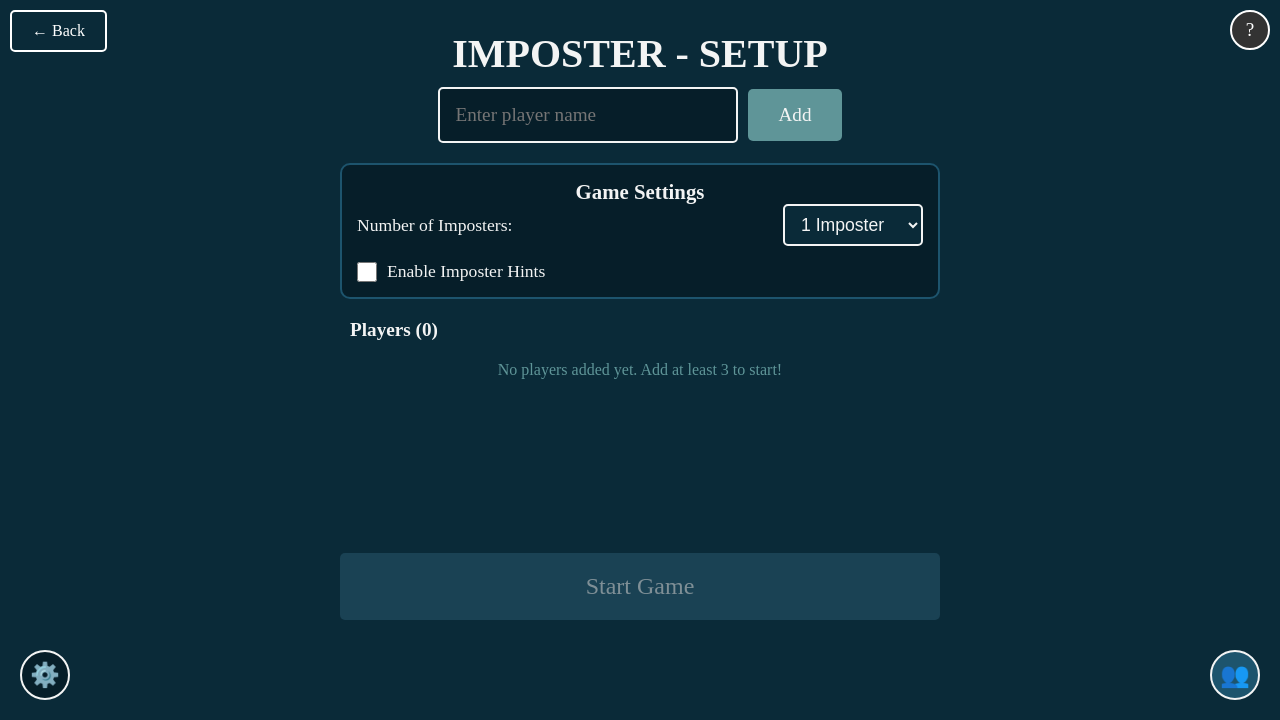
Repository: nfemmanuel/game-night-app
Page: /imposter-setup
An editor plug-in stored every save of this project. The page is shown before and after a run of saves, followed by the edit.
The browser window is 1280 px wide. The pictures show the whole page.
Some web fonts or font styles are not loaded; a fallback is used. The project was rebuilt for these pictures with package versions that can differ from the ones it lists, and the page was loaded fresh each time. Also part of the build but not shown: src/components/GameCard.module.css, src/components/GameCard.jsx, src/components/ModeSelector.jsx, src/utils/StorageManager.js, src/pages/LandingPage.jsx, src/data/wordList.js, src/pages/imposter/ImposterReveal.jsx, src/pages/imposter/ImposterVoting.jsx and 15 more.

Above is the page before, as saved 2026-01-12 12:37:13.

### public/index.html
<!DOCTYPE html>
<html lang="en">

<head>
  <meta charset="utf-8" />
  <link rel="icon" href="%PUBLIC_URL%/favicon.ico" />
  <meta name="viewport" content="width=device-width, initial-scale=1, maximum-scale=1, user-scalable=no" />
  <meta name="theme-color" content="#000000" />
  <meta name="description" content="Game Night - Party Games" />
  <link rel="apple-touch-icon" href="%PUBLIC_URL%/logo192.png" />
  <link rel="manifest" href="%PUBLIC_URL%/manifest.json" />

  <!-- Google Fonts -->
  <link rel="preconnect" href="https://fonts.googleapis.com">
  <link rel="preconnect" href="https://fonts.gstatic.com" crossorigin>
  <link href="https://fonts.googleapis.com/css2?family=Love+Ya+Like+A+Sister&family=Piedra&display=swap"
    rel="stylesheet">

  <title>Game Night</title>
</head>

<body>
  <noscript>You need to enable JavaScript to run this app.</noscript>
  <div id="root"></div>
</body>

</html>

### src/styles/global.css
/* Import Google Fonts */
@import url('https://fonts.googleapis.com/css2?family=Love+Ya+Like+A+Sister&family=Piedra&display=swap');

* {
    margin: 0;
    padding: 0;
    box-sizing: border-box;
}

body {
    font-family: 'Love Ya Like A Sister', cursive;
    -webkit-font-smoothing: antialiased;
    -moz-osx-font-smoothing: grayscale;
    color: white;
    overflow-x: hidden;
}

h1,
h2,
h3,
h4,
h5,
h6,
.page-title {
    font-family: 'Piedra', cursive;
}

button {
    font-family: 'Love Ya Like A Sister', cursive;
    border: none;
    border-radius: 5px;
    cursor: pointer;
}

input,
textarea {
    font-family: 'Love Ya Like A Sister', cursive;
}

.page-title {
    font-size: 2.5rem;
}

/* Mobile optimizations */
@media (max-width: 768px) {
    .page-title {
        font-size: 2rem !important;
    }
}

@media (max-width: 480px) {
    .page-title {
        font-size: 1.5rem !important;
    }
}

/* Slide animations for page transitions */
@keyframes slide-in-left {
    from {
        transform: translateX(100%);
        opacity: 0;
    }

    to {
        transform: translateX(0);
        opacity: 1;
    }
}

@keyframes slide-in-right {
    from {
        transform: translateX(-100%);
        opacity: 0;
    }

    to {
        transform: translateX(0);
        opacity: 1;
    }
}

@keyframes slideInLeft {
    from {
        transform: translateX(-100%);
    }

    to {
        transform: translateX(0);
    }
}

### src/contexts/ThemeContext.jsx
import { createContext, useContext, useState } from 'react';

const themes = {
  dark: {
    // Your palette
    primary: '#061E29',
    secondary: '#1D546D',
    tertiary: '#5F9598',
    light: '#F3F4F4',

    // Backgrounds
    bgDark: '#061E29',
    bgMedium: '#0A2A38',
    bgLight: '#1D546D',

    // Text
    textPrimary: '#F3F4F4',
    textSecondary: '#5F9598',
    textDisabled: '#2A5A70',

    // Accents
    accent: '#5F9598',
    accentHover: '#7AB5B8',

    // Semantic
    success: '#5F9598',
    danger: '#D96459',
    warning: '#E8A87C',

    // Card colors (alternating)
    cardColor1: '#5F9598',
    cardColor2: '#1D546D'
  },

  light: {
    primary: '#F3F4F4',
    secondary: '#E8EEF0',
    tertiary: '#5F9598',
    dark: '#061E29',

    bgDark: '#FFFFFF',
    bgMedium: '#F3F4F4',
    bgLight: '#E8EEF0',

    textPrimary: '#061E29',
    textSecondary: '#1D546D',
    textDisabled: '#B0C4C8',

    accent: '#1D546D',
    accentHover: '#2A6B8A',

    success: '#5F9598',
    danger: '#D96459',
    warning: '#E8A87C',

    cardColor1: '#1D546D',
    cardColor2: '#5F9598'
  }
};

const ThemeContext = createContext();

export function ThemeProvider({ children }) {
  const [currentTheme, setCurrentTheme] = useState('dark');

  const theme = themes[currentTheme];

  const toggleTheme = () => {
    setCurrentTheme(prev => prev === 'dark' ? 'light' : 'dark');
  };

  return (
    <ThemeContext.Provider value={{ theme, currentTheme, toggleTheme, themes }}>
      {children}
    </ThemeContext.Provider>
  );
}

export function useTheme() {
  const context = useContext(ThemeContext);
  if (!context) {
    throw new Error('useTheme must be used within ThemeProvider');
  }
  return context;
}

### src/pages/imposter/ImposterSetup.jsx
import { useState } from 'react';
import BackButton from '../../components/BackButton';
import HelpButton from '../../components/HelpButton';
import { useNavigate, useLocation } from 'react-router-dom';
import { DndContext, closestCenter, PointerSensor, TouchSensor, useSensor, useSensors } from '@dnd-kit/core';
import { arrayMove, SortableContext, verticalListSortingStrategy, useSortable } from '@dnd-kit/sortable';
import { CSS } from '@dnd-kit/utilities';
import SettingsButton from '../../components/SettingsButton';
import SocialButton from '../../components/SocialButton';
import { useTheme } from '../../contexts/ThemeContext';

// Sortable Item Component
function SortablePlayer({ id, player, index, onRemove, theme }) {
    const {
        attributes,
        listeners,
        setNodeRef,
        transform,
        transition,
        isDragging
    } = useSortable({ id: id });

    const style = {
        transform: CSS.Transform.toString(transform),
        transition,
        fontSize: '1.3rem',
        margin: '15px 0',
        display: 'flex',
        alignItems: 'center',
        justifyContent: 'space-between',
        backgroundColor: isDragging ? theme.bgLight : theme.bgDark,
        padding: '10px 20px',
        borderRadius: '10px',
        userSelect: 'none',
        opacity: isDragging ? 0.5 : 1,
        border: `2px solid ${theme.secondary}`
    };

    return (
        <li ref={setNodeRef} style={style}>
            <span
                {...attributes}
                {...listeners}
                style={{
                    color: theme.textPrimary,
                    flex: 1,
                    cursor: 'grab',
                    display: 'flex',
                    alignItems: 'center'
                }}
            >
                <span style={{ marginRight: '10px', color: theme.textSecondary }}>☰</span>
                {index + 1}. {player}
            </span>
            <button
                onClick={(e) => {
                    e.preventDefault();
                    e.stopPropagation();
                    onRemove();
                }}
                onPointerDown={(e) => {
                    e.stopPropagation();
                }}
                onTouchStart={(e) => {
                    e.stopPropagation();
                }}
                style={{
                    padding: '5px 15px',
                    backgroundColor: theme.danger,
                    color: theme.textPrimary,
                    cursor: 'pointer',
                    border: 'none',
                    borderRadius: '5px',
                    flexShrink: 0
                }}
            >
                ✕
            </button>
        </li>
    );
}

function ImposterSetup() {
    const navigate = useNavigate();
    const location = useLocation();
    const { theme } = useTheme();

    const [playerName, setPlayerName] = useState('');
    const [players, setPlayers] = useState(location.state?.players || []);
    const [numImposters, setNumImposters] = useState(1); // NEW: Number of imposters
    const [hintsEnabled, setHintsEnabled] = useState(false); // NEW: Hints toggle

    const isMobile = window.innerWidth <= 768;

    // Add sensors for both mouse and touch
    const sensors = useSensors(
        useSensor(PointerSensor, {
            activationConstraint: {
                distance: 8,
            },
        }),
        useSensor(TouchSensor, {
            activationConstraint: {
                delay: 200,
                tolerance: 5,
            },
        })
    );

    const addPlayer = () => {
        if (playerName.trim()) {
            setPlayers([...players, playerName.trim()]);
            setPlayerName('');
        }
    };

    const removePlayer = (indexToRemove) => {
        setPlayers(players.filter((_, index) => index !== indexToRemove));
    };

    const resetPlayers = () => {
        setPlayers([]);
    };

    const handleKeyPress = (e) => {
        if (e.key === 'Enter') {
            addPlayer();
        }
    };

    const handleDragEnd = (event) => {
        const { active, over } = event;

        if (active && over && active.id !== over.id) {
            setPlayers((items) => {
                const oldIndex = parseInt(active.id);
                const newIndex = parseInt(over.id);
                return arrayMove(items, oldIndex, newIndex);
            });
        }
    };

    const startGame = () => {
        navigate('/imposter-reveal', {
            state: {
                players,
                numImposters, // Pass number of imposters
                hintsEnabled  // Pass hints setting
            }
        });
    };

    // Determine minimum players based on imposters
    const minPlayers = numImposters + 2; // At least 2 more than imposters

    return (
        <div style={{
            padding: '20px',
            minHeight: '100vh',
            display: 'flex',
            flexDirection: 'column',
            boxSizing: 'border-box',
            backgroundColor: theme.bgMedium,
            color: theme.textPrimary
        }}>
            <BackButton to="/" />
            <HelpButton helpText="Add at least 3 players, then start the game. Select how many imposters and whether to enable hints!" />

            {/* SECTION 1: Title */}
            <div style={{
                textAlign: 'center',
                paddingBottom: '10px',
                flexShrink: 0,
                marginTop: isMobile ? '50px' : '10px'
            }}>
                <h1 className="page-title">IMPOSTER - SETUP</h1>
            </div>

            {/* SECTION 2: Input Section */}
            <div style={{
                textAlign: 'center',
                paddingBottom: '20px',
                flexShrink: 0
            }}>
                <div style={{ display: 'flex', justifyContent: 'center', alignItems: 'center', flexWrap: 'wrap', gap: '10px' }}>
                    <input
                        type="text"
                        value={playerName}
                        onChange={(e) => setPlayerName(e.target.value)}
                        onKeyPress={handleKeyPress}
                        placeholder="Enter player name"
                        style={{
                            padding: isMobile ? '12px' : '15px',
                            fontSize: isMobile ? '1rem' : '1.2rem',
                            borderRadius: '5px',
                            border: `2px solid ${theme.light}`,
                            width: isMobile ? 'calc(100% - 20px)' : '300px',
                            maxWidth: isMobile ? '300px' : '300px',
                            fontFamily: 'inherit',
                            backgroundColor: theme.bgDark,
                            color: theme.textPrimary,
                        }}
                    />
                    <button
                        onClick={addPlayer}
                        style={{
                            padding: isMobile ? '12px 24px' : '15px 30px',
                            fontSize: isMobile ? '1rem' : '1.2rem',
                            backgroundColor: theme.accent,
                            color: theme.textPrimary,
                            width: isMobile ? 'calc(100% - 20px)' : 'auto',
                            maxWidth: isMobile ? '300px' : 'none'
                        }}
                    >
                        Add
                    </button>
                </div>

                {/* NEW: Game Settings */}
                <div style={{
                    maxWidth: '600px',
                    margin: '20px auto',
                    padding: '15px',
                    backgroundColor: theme.bgDark,
                    borderRadius: '10px',
                    border: `2px solid ${theme.secondary}`
                }}>
                    <h3 style={{ marginTop: 0, color: theme.textPrimary, fontSize: isMobile ? '1.1rem' : '1.3rem' }}>
                        Game Settings
                    </h3>

                    {/* Number of Imposters */}
                    <div style={{ marginBottom: '15px' }}>
                        <label style={{
                            display: 'flex',
                            alignItems: 'center',
                            justifyContent: 'space-between',
                            gap: '10px',
                            fontSize: isMobile ? '1rem' : '1.1rem'
                        }}>
                            <span>Number of Imposters:</span>
                            <select
                                value={numImposters}
                                onChange={(e) => setNumImposters(parseInt(e.target.value))}
                                style={{

                                    padding: '8px 12px',
                                    fontSize: isMobile ? '1rem' : '1.1rem',
                                    borderRadius: '5px',
                                    border: `2px solid ${theme.light}`,
                                    backgroundColor: theme.bgMedium,
                                    color: theme.textPrimary,
                                    cursor: 'pointer'
                                }}
                            >
                                <option value={1}>1 Imposter</option>
                                <option value={2}>2 Imposters</option>
                                <option value={3}>3 Imposters</option>
                            </select>
                        </label>
                    </div>

                    {/* Hints Toggle */}
                    <div>
                        <label style={{
                            display: 'flex',
                            alignItems: 'center',
                            gap: '10px',
                            fontSize: isMobile ? '1rem' : '1.1rem',
                            cursor: 'pointer'
                        }}>
                            <input
                                type="checkbox"
                                checked={hintsEnabled}
                                onChange={(e) => setHintsEnabled(e.target.checked)}
                                style={{
                                    width: '20px',
                                    height: '20px',
                                    cursor: 'pointer'
                                }}
                            />
                            <span>Enable Imposter Hints</span>
                        </label>
                        {hintsEnabled && (
                            <p style={{
                                fontSize: isMobile ? '0.85rem' : '0.95rem',
                                color: theme.textSecondary,
                                marginTop: '5px',
                                marginLeft: '30px'
                            }}>
                                Each imposter will get a unique hint word
                            </p>
                        )}
                    </div>
                </div>

                <div style={{
                    display: 'flex',
                    justifyContent: 'space-between',
                    alignItems: 'center',
                    marginTop: '20px',
                    maxWidth: '600px',
                    margin: '20px auto 0',
                    padding: '0 10px'
                }}>
                    <div style={{ fontSize: isMobile ? '1rem' : '1.2rem', fontWeight: 'bold', color: theme.textPrimary }}>
                        Players ({players.length})
                    </div>
                    {players.length > 0 && (
                        <button
                            onClick={resetPlayers}
                            style={{
                                padding: '10px 20px',
                                fontSize: isMobile ? '0.9rem' : '1rem',
                                backgroundColor: theme.danger,
                                color: theme.textPrimary,
                                cursor: 'pointer'
                            }}
                        >
                            Reset All
                        </button>
                    )}
                </div>
            </div>

            {/* SECTION 3: Player List (Scrollable) + Start Button */}
            <div style={{
                flex: 1,
                display: 'flex',
                flexDirection: 'column',
                minHeight: 0,
                maxWidth: '600px',
                margin: '0 auto',
                width: '100%'
            }}>
                {/* Scrollable Player List */}
                <div style={{
                    flex: 1,
                    overflowY: 'auto',
                    marginBottom: '20px',
                    minHeight: 0
                }}>
                    {players.length === 0 ? (
                        <p style={{ color: theme.textSecondary, textAlign: 'center', padding: '0 20px' }}>
                            No players added yet. Add at least {minPlayers} to start!
                        </p>
                    ) : (
                        <DndContext
                            sensors={sensors}
                            collisionDetection={closestCenter}
                            onDragEnd={handleDragEnd}
                        >
                            <SortableContext items={players.map((_, i) => i.toString())} strategy={verticalListSortingStrategy}>
                                <ul style={{ listStyle: 'none', padding: 0, margin: 0 }}>
                                    {players.map((player, index) => (
                                        <SortablePlayer
                                            key={index}
                                            id={index.toString()}
                                            player={player}
                                            index={index}
                                            onRemove={() => removePlayer(index)}
                                            theme={theme}
                                        />
                                    ))}
                                </ul>
                            </SortableContext>
                        </DndContext>
                    )}
                </div>

                {/* Fixed Start Button */}
                <footer style={{ flexShrink: 0, marginBottom: '80px' }}>
                    <button
                        onClick={startGame}
                        disabled={players.length < minPlayers}
                        style={{
                            padding: isMobile ? '15px 30px' : '20px 40px',
                            fontSize: isMobile ? '1.2rem' : '1.5rem',
                            backgroundColor: players.length >= minPlayers ? theme.success : theme.textDisabled,
                            color: theme.textPrimary,
                            cursor: players.length >= minPlayers ? 'pointer' : 'not-allowed',
                            opacity: players.length >= minPlayers ? 1 : 0.5,
                            width: '100%',
                            alignItems: 'center',
                            justifyContent: 'center'
                        }}
                    >
                        Start Game
                    </button>
                    {players.length < minPlayers && players.length > 0 && (
                        <p style={{
                            textAlign: 'center',
                            color: theme.textSecondary,
                            marginTop: '10px',
                            fontSize: isMobile ? '0.9rem' : '1rem'
                        }}>
                            Need at least {minPlayers} players for {numImposters} imposter{numImposters > 1 ? 's' : ''}
                        </p>
                    )}
                </footer>
            </div>
            {/* Settings Button */}
            <SettingsButton />
            <SocialButton />
        </div>
    );
}

export default ImposterSetup;

### src/components/BackButton.jsx
import { useNavigate, useLocation } from 'react-router-dom';

function BackButton({ to, preserveState = false }) {
    const navigate = useNavigate();
    const location = useLocation();

    const handleBack = () => {
        if (preserveState && location.state) {
            navigate(to, { state: location.state });
        } else {
            navigate(to);
        }
    };

    return (
        <button
            onClick={handleBack}
            style={{
                position: 'fixed',
                top: '10px',
                left: '10px',
                padding: '10px 20px',
                fontSize: '1rem',
                backgroundColor: 'transparent',
                border: '2px solid white',
                color: 'white',
                cursor: 'pointer',
                zIndex: 1000,
                borderRadius: '5px'
            }}
        >
            ← Back
        </button>
    );
}

export default BackButton;

### src/components/HelpButton.jsx
import { useState } from 'react';

function HelpButton({ helpText }) {
    const [showHelp, setShowHelp] = useState(false);

    return (
        <div style={{ position: 'fixed', top: '10px', right: '10px', zIndex: 1000 }}>
            <button
                onMouseEnter={() => setShowHelp(true)}
                onMouseLeave={() => setShowHelp(false)}
                onClick={() => setShowHelp(!showHelp)}
                style={{
                    width: '40px',
                    height: '40px',
                    borderRadius: '50%',
                    backgroundColor: '#333',
                    border: '2px solid white',
                    color: 'white',
                    fontSize: '1.2rem',
                    cursor: 'pointer',
                    display: 'flex',
                    alignItems: 'center',
                    justifyContent: 'center'
                }}
            >
                ?
            </button>

            {showHelp && helpText && (
                <div style={{
                    position: 'absolute',
                    top: '50px',
                    right: '0',
                    backgroundColor: '#333',
                    color: 'white',
                    padding: '15px',
                    borderRadius: '10px',
                    maxWidth: '250px',
                    boxShadow: '0 4px 10px rgba(0,0,0,0.5)',
                    fontSize: '0.9rem',
                    border: '1px solid #555',
                    zIndex: 1001
                }}>
                    {helpText}
                </div>
            )}
        </div>
    );
}

export default HelpButton;

Loaded but not shown: src/App.js (41 lines, source omitted); src/index.js (14 lines, source omitted); src/components/SocialButton.jsx (193 lines, source omitted); src/components/SettingsButton.jsx (176 lines, source omitted)

After the next 2 saves:
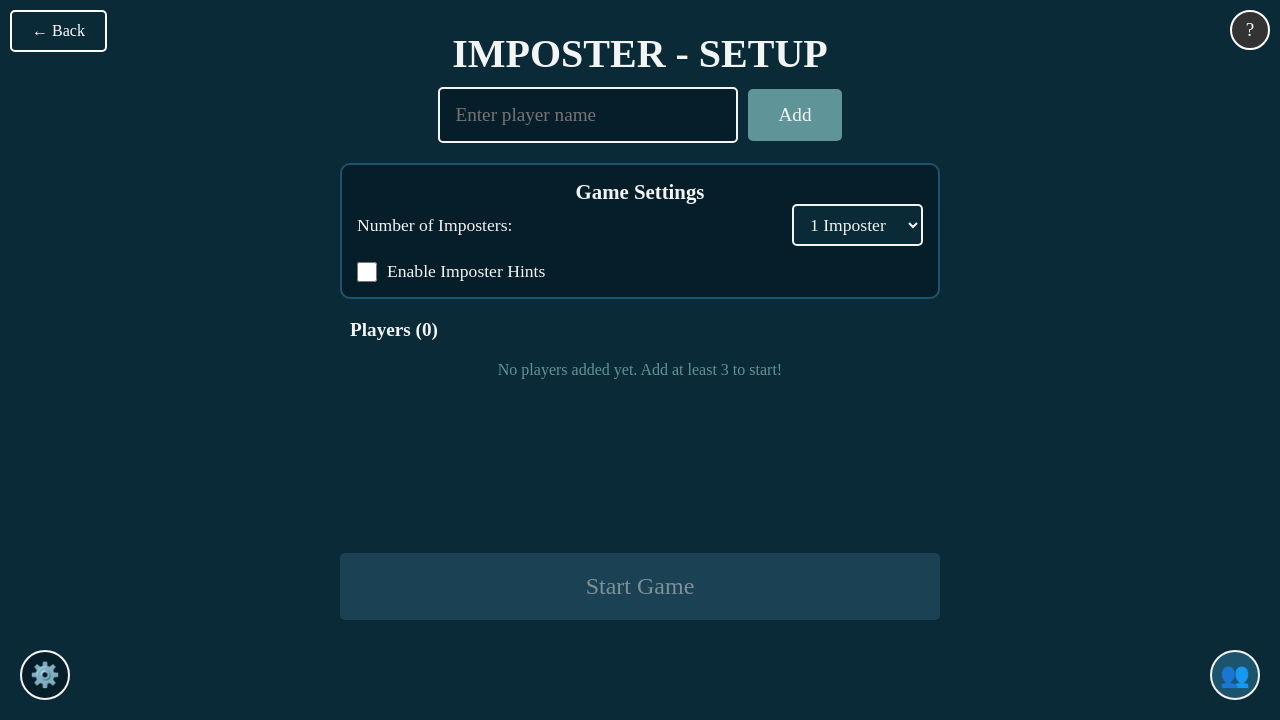
The 2 saves are shown as one change because they came seconds apart.
The last was saved 6 s later.
--- a/src/pages/imposter/ImposterSetup.jsx
+++ b/src/pages/imposter/ImposterSetup.jsx
@@ -243,7 +243,7 @@ function ImposterSetup() {
                                 value={numImposters}
                                 onChange={(e) => setNumImposters(parseInt(e.target.value))}
                                 style={{
-
+                                    fontFamily: 'inherit',
                                     padding: '8px 12px',
                                     fontSize: isMobile ? '1rem' : '1.1rem',
                                     borderRadius: '5px',
